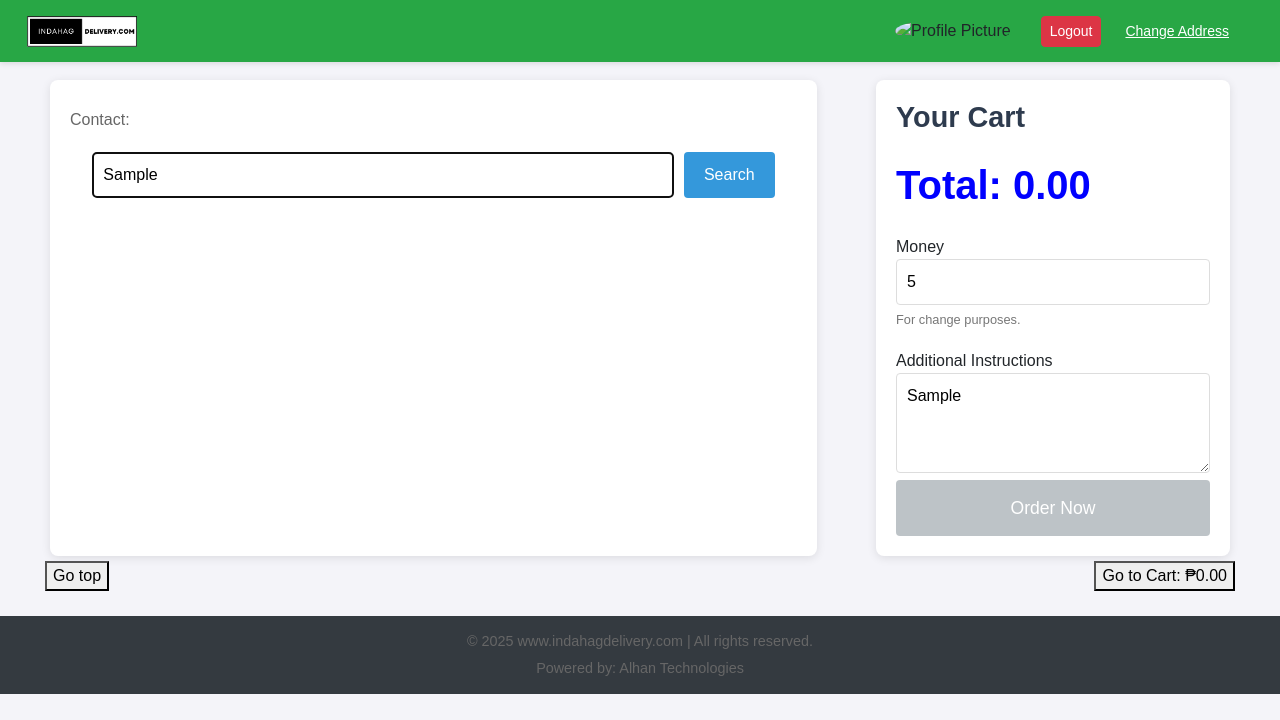
Repository: Jijiluzana225/indahagdelivery.com
Page: store/templates/store/store_products.html
These files come from the project's save history. The page is drawn as it stood at one moment and after the next save; the edit follows.
The browser window is 1280 px wide. The pictures show the whole page.
Empty fields were first filled with sample values (such as "Sample", 5 or name@example.com).
After loading, the first visible `.go-to-top > button` was clicked once.
The template is drawn by Django 5.2. The application's start-up code is not run. Other server files are loaded and not shown. The template is opened directly, without the code that normally fills it, so the values that code supplies are empty.

Above is the page before, as saved 2025-01-23 13:03:25.

### store/templates/store/store_products.html
{% extends 'store/base.html' %}

{% block title %}Order from {{ store.name }}{% endblock %}

{% block content %}

<style>
    /* General Styles */
    body {
        font-family: Arial, sans-serif;
        margin: 0;
        padding: 0;
        background-color: #f4f4f9;
    }

    h1, h2, h3 {
        color: #333;
        font-weight: 600;
    }

    p {
        font-size: 1rem;
        color: #666;
        margin-bottom: 0.5rem;
    }

    /* Container for left and right columns */
    .container {
        display: flex;
        justify-content: space-between;
        padding: 5px;
        max-width: 1200px;
        margin: 0 auto;
        flex-wrap: wrap;
    }

    /* Left column - product listing */
    .left-column {
        width: 65%;
        padding: 20px;
        background-color: #fff;
        box-shadow: 0 2px 10px rgba(0, 0, 0, 0.1);
        border-radius: 8px;
        overflow: hidden;
    }

    .left-column h1 {
        font-size: 2rem;
        color: #2e3b4e;
    }

    .left-column p {
        font-size: 1rem;
        margin-bottom: 20px;
    }

    .search-box {
        margin-bottom: 20px;
        display: flex;
        justify-content: center;
    }

    .search-box input {
        width: 80%;
        padding: 10px;
        font-size: 1rem;
        border-radius: 4px;
        border: 1px solid #ddd;
        margin-right: 10px;
    }

    .search-box button {
        background-color: #3498db;
        color: #fff;
        padding: 10px 20px;
        border: none;
        border-radius: 4px;
        cursor: pointer;
    }

    .search-box button:hover {
        background-color: #2980b9;
    }

    .products {
        display: grid;
        grid-template-columns: repeat(auto-fill, minmax(250px, 1fr));
        gap: 20px;
    }

    /* Individual Product Cards */
    .product-card {
        background-color: #fff;
        border: 1px solid #ddd;
        border-radius: 8px;
        padding: 15px;
        box-shadow: 0 2px 8px rgba(0, 0, 0, 0.1);
        text-align: center;
        transition: transform 0.3s ease, box-shadow 0.3s ease;
    }

    .product-card:hover {
        transform: scale(1.05);
        box-shadow: 0 4px 16px rgba(0, 0, 0, 0.2);
    }

    .product-card img {
        max-width: 100%;
        height: auto;
        border-radius: 8px;
    }

    .product-card h3 {
        font-size: 1.2rem;
        color: #2e3b4e;
        margin: 10px 0;
    }

    .product-card p {
        font-size: 0.9rem;
        color: #777;
    }

    .product-card .formatted-price {
        font-size: 1.1rem;
        color: #e74c3c;
        font-weight: bold;
    }

    .product-card button {
        background-color: #28a745;
        color: #fff;
        padding: 10px 20px;
        border: none;
        border-radius: 4px;
        cursor: pointer;
        font-size: 1rem;
        transition: background-color 0.3s ease;
    }

    .product-card button:hover {
        background-color: #218838;
    }

    /* Spacing Between Qty and Add to Cart button */
    .product-card label {
        display: block;
        margin-bottom: 5px;
        font-size: 0.9rem;
        color: #555;
    }

    .product-card input[type="number"] {
        width: 60px;
        padding: 5px;
        margin-bottom: 15px; /* Space between input and button */
        border-radius: 4px;
        border: 1px solid #ddd;
        text-align: center;
        font-size: 1rem;
    }

    /* Right Column - Cart */
    .right-column {
        width: 30%;
        padding: 20px;
        background-color: #fff;
        box-shadow: 0 2px 10px rgba(0, 0, 0, 0.1);
        border-radius: 8px;
        position: sticky;
        top: 20px;
    }

    .right-column h2 {
        font-size: 1.8rem;
        color: #2e3b4e;
        margin-bottom: 20px;
    }

    .cart-items {
        margin-bottom: 20px;
    }

    .cart-item {
        display: flex;
        justify-content: space-between;
        align-items: center;
        padding: 10px 0;
        border-bottom: 1px solid #ddd;
    }

    .cart-item p {
        font-size: 0.85rem; /* Smaller font size */
        color: #333;
    }

    .cart-item input {
        width: 50px;
        padding: 5px;
        border-radius: 4px;
        border: 1px solid #ddd;
        text-align: center;
    }

    .cart-item button {
        background-color: #e74c3c;
        color: #fff;
        border: none;
        padding: 5px 10px;
        border-radius: 4px;
        cursor: pointer;
    }

    .cart-item button:hover {
        background-color: #c0392b;
    }

    .cart-total {
        font-size: 0.9rem; /* Smaller font size */
        font-weight: bold;
        color: #333;
        margin-top: 20px;
    }

    .money-input {
        margin-top: 20px;
    }

    .money-input input {
        width: 100%;
        padding: 10px;
        border-radius: 4px;
        border: 1px solid #ddd;
    }

    .money-input small {
        font-size: 0.8rem;
        color: #777;
        display: block;
        margin-top: 5px;
    }

    .additional-instructions {
        margin-top: 20px;
    }

    .additional-instructions textarea {
        width: 100%;
        height: 100px;
        padding: 10px;
        border-radius: 4px;
        border: 1px solid #ddd;
        font-size: 1rem;
    }

    .order-button {
        background-color: #3498db;
        color: #fff;
        border: none;
        padding: 15px 20px;
        font-size: 1.1rem;
        border-radius: 4px;
        width: 100%;
        cursor: pointer;
        transition: background-color 0.3s ease;
    }

    .order-button:disabled {
        background-color: #bdc3c7;
        cursor: not-allowed;
    }

    .order-button:hover:not(:disabled) {
        background-color: #2980b9;
    }

    /* Responsive Design */
    /* Responsive Design */
@media (max-width: 768px) {
    .container {
        flex-direction: column;
        align-items: center;
    }

    .left-column, .right-column {
        width: 100%;
        margin-bottom: 20px;
    }

    .products {
        grid-template-columns: repeat(2, 1fr); /* Two columns on smaller screens */
        gap: 10px; /* Adjust spacing for smaller screens */
    }

    .store-header {
        display: flex;
        flex-direction: column;
        align-items: center;
        text-align: center;
        margin-bottom: 20px;
    }

    .store-header h1 {
        font-size: 2rem;
        color: #2e3b4e;
        margin-bottom: 10px;
    }

    .store-header p {
        font-size: 1rem;
        color: #666;
    }

    .product-card img {
        max-width: 80%;  /* Adjust this percentage to control the size */
        height: auto;
        border-radius: 8px;
    }

    .cart-items {
        font-size: 0.75rem; /* Smaller font size */
    }

    .cart-item p {
        font-size: 0.75rem; /* Smaller font size for cart item text */
    }


    /* Fixed Go to Cart Box */
    .go-to-cart-box {
        position: fixed;
        bottom: 20px;
        right: 20px;
        background-color: #3498db;
        color: #fff;
        padding: 15px 30px;
        border-radius: 8px;
        font-size: 1rem;
        cursor: pointer;
        box-shadow: 0 2px 10px rgba(0, 0, 0, 0.1);
        transition: background-color 0.3s ease;
    }

    /* Fixed Position Go to Cart Button */
.go-to-cart {
    position: fixed;
    bottom: 20px;
    right: 20px;
    background-color: #3498db;
    padding: 15px 25px;
    border-radius: 50px;
    color: white;
    font-size: 1rem;
    box-shadow: 0 5px 15px rgba(0, 0, 0, 0.2);
    cursor: pointer;
    z-index: 1000;
}

.go-to-cart button {
    background-color: transparent;
    border: none;
    color: white;
    font-size: 1rem;
    cursor: pointer;
}


.go-to-top {
    position: fixed;
    bottom: 20px;
    left: 20px;
    background-color: #3498db;
    padding: 15px 25px;
    border-radius: 50px;
    color: white;
    font-size: 1rem;
    box-shadow: 0 5px 15px rgba(0, 0, 0, 0.2);
    cursor: pointer;
    z-index: 1000;
}

.go-to-top button {
    background-color: transparent;
    border: none;
    color: white;
    font-size: 1rem;
    cursor: pointer;
}




}



</style>

<div class="container">
    <div class="left-column">
        <div class="store-header">
        <h1>{{ store.name }}</h1>
        <p>Contact: {{ store.contact_number }}</p>
        </div>
        <!-- Search Box -->
        <div class="search-box">
            <input type="text" id="searchBox" placeholder="Search for a product..." onkeyup="filterProducts()">
            <button>Search</button>
        </div>

        <div class="products" id="products-list">
            {% for item in items %}
            <div class="product-card" data-name="{{ item.product.name|lower }}">
                <img src="{{ item.product.picture.url }}" alt="{{ item.product.name }}">
                <h3>{{ item.product.name }}</h3>
                <p>{{ item.product.description }}</p>
                <p>Price: <span class="formatted-price">{{ item.product.price }}</span></p>
                <label for="quantity-{{ item.id }}">Qty:</label>
                <input type="number" id="quantity-{{ item.id }}" name="quantity" min="1" value="1">
                <button onclick="addToCart({{ item.id }}, '{{ item.product.name }}', {{ item.product.price }})">Add to Cart</button>
            </div>
            {% endfor %}
        </div>
    </div>

    <!-- Right column (cart) -->
    <div class="right-column">
        <h2>Your Cart</h2>
        <div class="cart-items" id="cart-items"></div>
        <div class="cart-total" id="cart-total" style="font-size:40px; color:blue";>Total: 0.00</div>

       <div class="money-input">
            <label for="money">Money</label>
            <input type="number" id="money" name="money" placeholder="Enter amount">
            <small>For change purposes.</small>
        </div>

        <!-- Additional Instructions Section -->
        <div class="additional-instructions">
            <label for="additional-instructions">Additional Instructions</label>
            <textarea id="additional-instructions" placeholder="Enter any additional instructions for your order"></textarea>
        </div>

        <!-- Order Now Button -->
        <button class="order-button" id="orderButton" onclick="proceedToCheckout()" disabled>Order Now</button>
    </div>
</div>

<div class="go-to-top">
    <button onclick="scrollToTop()">Go top</button>
</div>

<div class="go-to-cart">

    <button onclick="scrollToCart()">Go to Cart: <span id="go-to-cart-total">₱0.00</span></button>
</div>

<script>



    // Function to update the cart total on the button
    function updateGoToCartButton() {
        const total = calculateTotalPrice();
        const formattedTotal = new Intl.NumberFormat('en-PH', {
            style: 'currency',
            currency: 'PHP',
            minimumFractionDigits: 2,
            maximumFractionDigits: 2
        }).format(total);

        document.getElementById('go-to-cart-total').innerText = formattedTotal;
    }

    // Function to scroll to the right-column (cart)
    function scrollToCart() {
        const cartSection = document.querySelector('.right-column');
        cartSection.scrollIntoView({ behavior: 'smooth' });
    }

    function scrollToTop() {
        const searchBox = document.querySelector('#searchBox'); // Targeting the searchbox input
        searchBox.focus(); // Focus on the input box
        searchBox.scrollIntoView({ behavior: 'smooth' }); // Smoothly scroll to the input box
    }



    // Add this line inside your `addToCart()` function or any function that modifies the cart
   function renderCart() {
    const cartItemsContainer = document.getElementById('cart-items');
    const cartTotal = document.getElementById('cart-total');
    const orderButton = document.getElementById('orderButton');
    cartItemsContainer.innerHTML = '';
    let total = 0;

    // Loop through cart items and sum the total
    cart.forEach(item => {
        const itemTotal = item.price * item.quantity;
        total += itemTotal;

        cartItemsContainer.innerHTML += `
            <div class="cart-item">
                <p>${item.name}</p>
                <p>Price: ${formatPrice(item.price)}</p>
                <input type="number" min="1" value="${item.quantity}" onchange="updateCartItem(${item.id}, this.value)">
                <p>${formatPrice(itemTotal)}</p>
                <button onclick="deleteCartItem(${item.id})">×</button>
            </div>
        `;
    });

    // Add delivery fee to the total
    total += deliveryFee;

    // Update the total price display
    cartTotal.innerText = `Total: ${formatPrice(total)} (Including Delivery Fee: ${formatPrice(deliveryFee)})`;

    // Update "Go to Cart" button with new total
    updateGoToCartButton();

    // Enable the "Order Now" button only if the cart is not empty
    orderButton.disabled = cart.length === 0;
}


    function calculateTotalPrice() {
        return cart.reduce((total, item) => total + item.price * item.quantity, 0);
    }
</script>

<script>
    let cart = [];
    let deliveryFee = 50.00;  // Fixed delivery fee


    function formatPrice(price) {
        return new Intl.NumberFormat('en-US', { minimumFractionDigits: 2, maximumFractionDigits: 2 }).format(price);
    }

    function addToCart(itemId, itemName, itemPrice) {
        const quantity = parseInt(document.getElementById(`quantity-${itemId}`).value);
        const existingItem = cart.find(item => item.id === itemId);

        if (existingItem) {
            existingItem.quantity += quantity;
        } else {
            cart.push({ id: itemId, name: itemName, price: itemPrice, quantity: quantity });
        }

        renderCart();
    }

    function updateCartItem(itemId, newQuantity) {
        const item = cart.find(item => item.id === itemId);
        if (item) {
            item.quantity = newQuantity;
            renderCart();
        }
    }

    function deleteCartItem(itemId) {
        cart = cart.filter(item => item.id !== itemId);
        renderCart();
    }

    function renderCart() {
    const cartItemsContainer = document.getElementById('cart-items');
    const cartTotal = document.getElementById('cart-total');
    const orderButton = document.getElementById('orderButton');
    cartItemsContainer.innerHTML = '';
    let total = 0;

    // Loop through cart items and sum the total
    cart.forEach(item => {
        const itemTotal = item.price * item.quantity;
        total += itemTotal;

        cartItemsContainer.innerHTML += `
            <div class="cart-item">
                <p>${item.name}</p>
                <p>Price: ${formatPrice(item.price)}</p>
                <input type="number" min="1" value="${item.quantity}" onchange="updateCartItem(${item.id}, this.value)">
                <p>${formatPrice(itemTotal)}</p>
                <button onclick="deleteCartItem(${item.id})">×</button>
            </div>
        `;
    });

    // Add delivery fee to the total
    total += deliveryFee;

    // Update the total price display
    cartTotal.innerText = `Total: ${formatPrice(total)} (Including Delivery Fee: ${formatPrice(deliveryFee)})`;

    // Update "Go to Cart" button with new total
    updateGoToCartButton();

    // Enable the "Order Now" button only if the cart is not empty
    orderButton.disabled = cart.length === 0;
}

    function calculateTotalPrice() {
        return cart.reduce((total, item) => total + item.price * item.quantity, 0);
    }

    function proceedToCheckout() {
        const storeId = '{{ store.id }}';  // Assuming store.id is available
        const totalPrice = calculateTotalPrice();  // Total price from cart
        const cartItems = cart.map(item => `${item.name},${item.price},${item.quantity}`).join("|");

        const money = document.getElementById('money').value;
        const instructions = document.getElementById('additional-instructions').value;

        // Make the POST request
        fetch('/checkout/', {
            method: 'POST',
            headers: {
                'Content-Type': 'application/x-www-form-urlencoded',
                'X-CSRFToken': '{{ csrf_token }}'  // CSRF token
            },
            body: `store_id=${storeId}&total_price=${totalPrice}&cart_items=${cartItems}&money=${money}&instructions=${instructions}`
        })
        .then(response => response.json())
        .then(data => {
            if (data.success) {
                alert('Order placed successfully!');
                window.location.href = '/dashboard';
            } else {
                alert('There was an error placing your order.');
            }
        })
        .catch(error => console.error('Error:', error));
    }



    function filterProducts() {
        const searchTerm = document.getElementById("searchBox").value.toLowerCase();
        const productCards = document.querySelectorAll(".product-card");

        productCards.forEach(card => {
            const productName = card.getAttribute("data-name");
            if (productName.includes(searchTerm)) {
                card.style.display = "block";
            } else {
                card.style.display = "none";
            }
        });
    }

    function addToCart(itemId, itemName, itemPrice) {
        const quantity = parseInt(document.getElementById(`quantity-${itemId}`).value);
        const existingItem = cart.find(item => item.id === itemId);

        if (existingItem) {
            existingItem.quantity += quantity;
        } else {
            cart.push({ id: itemId, name: itemName, price: itemPrice, quantity: quantity });
        }

        renderCart();

        // Format itemPrice and total price to Philippine Pesos
        const formattedPrice = new Intl.NumberFormat('en-PH', {
            style: 'currency',
            currency: 'PHP',
            minimumFractionDigits: 2,
            maximumFractionDigits: 2
        }).format(itemPrice);

        const cartTotal = document.getElementById('cart-total').innerText;

        // Pop-up message with quantity, product name, formatted price, and cart total
        alert(`${quantity} ${itemName}(s) at ${formattedPrice}\n\nAdded to Cart\n\n${cartTotal}\n\n\nPlease review your CART at the bottom.`);
    }


    function updateOrderStatus(orderId, status) {
        fetch(`/update_order_status/${orderId}/`, {
            method: 'POST',
            headers: {
                'Content-Type': 'application/json',
                'X-CSRFToken': '{{ csrf_token }}'
            },
            body: JSON.stringify({ status: status })
        })
        .then(response => response.json())
        .then(data => {
            if (data.success) {
                alert('Order status updated');
            } else {
                alert('Failed to update status');
            }
        });
    }

    function updateGoToCartButton() {
        const total = calculateTotalPrice(); // Get the updated total of the cart
        const formattedTotal = new Intl.NumberFormat('en-PH', {
            style: 'currency',
            currency: 'PHP',
            minimumFractionDigits: 2,
            maximumFractionDigits: 2
        }).format(total); // Format the total as PHP currency

        document.getElementById('go-to-cart-total').innerText = formattedTotal; // Update the button's total display
    }



    // Function to calculate the total price of the cart
    function calculateTotalPrice() {
        return cart.reduce((total, item) => total + item.price * item.quantity, 0); // Sum of item prices * quantities
    }

    // Function to render the updated cart (including updating the "Go to Cart" button)
    function renderCart() {
        const cartItemsContainer = document.getElementById('cart-items');
        const cartTotal = document.getElementById('cart-total');
        const orderButton = document.getElementById('orderButton');
        cartItemsContainer.innerHTML = '';
        let total = 0;

        // Loop through the cart and display each item
        cart.forEach(item => {
            const itemTotal = item.price * item.quantity;
            total += itemTotal;

            cartItemsContainer.innerHTML += `
                <div class="cart-item">
                    <p>${item.name}</p>
                    <p>Price: ${formatPrice(item.price)}</p>
                    <input type="number" min="1" value="${item.quantity}" onchange="updateCartItem(${item.id}, this.value)">
                    <p>${formatPrice(itemTotal)}</p>
                    <button onclick="deleteCartItem(${item.id})">×</button>
                </div>
            `;
        });

        cartTotal.innerText = `Total: ${formatPrice(total)}`; // Update cart total display
        updateGoToCartButton(); // Update the "Go to Cart" button with the new total

        // Enable the "Order Now" button only if the cart is not empty
        orderButton.disabled = cart.length === 0;
    }

    // Function to format price as Philippine Pesos
    function formatPrice(price) {
        return new Intl.NumberFormat('en-PH', { minimumFractionDigits: 2, maximumFractionDigits: 2 }).format(price);
    }




</script>

{% endblock %}

Loaded but not shown: store/templates/store/base.html (146 lines, source omitted)

After the next save:
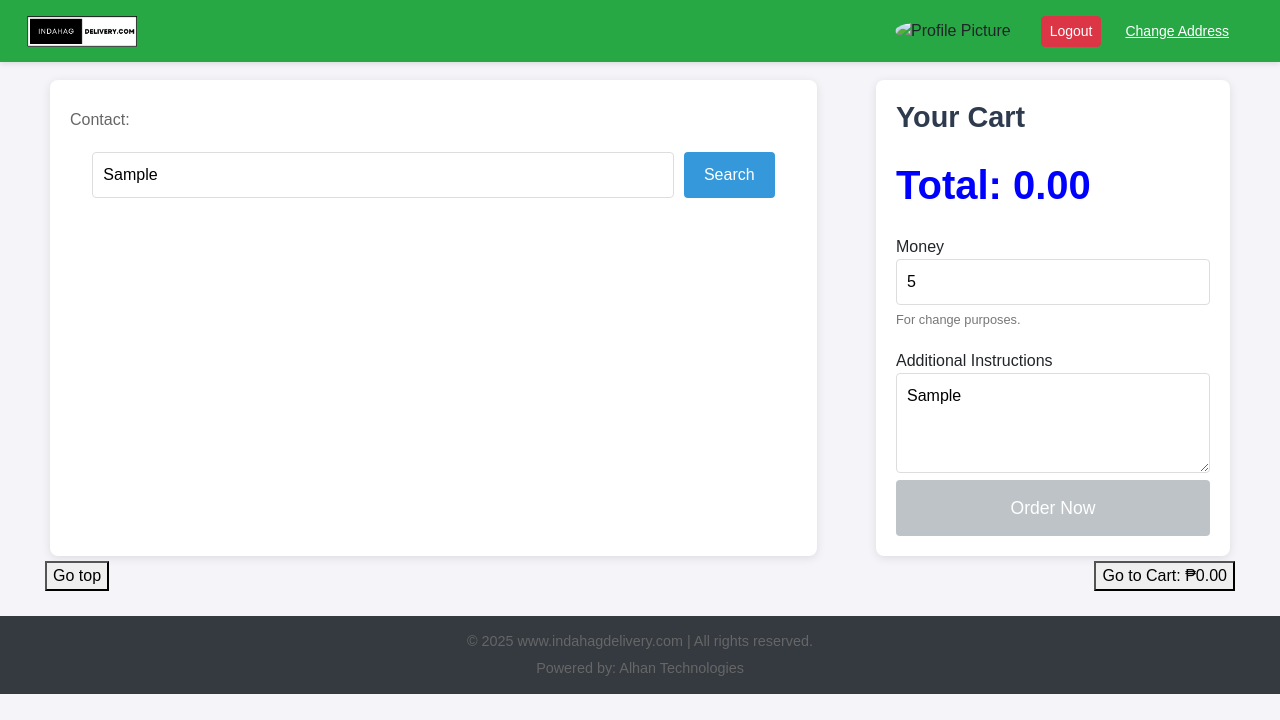
Saved 55 s later.
--- a/store/templates/store/store_products.html
+++ b/store/templates/store/store_products.html
@@ -479,11 +479,9 @@
     }
 
     function scrollToTop() {
-        const searchBox = document.querySelector('#searchBox'); // Targeting the searchbox input
-        searchBox.focus(); // Focus on the input box
-        searchBox.scrollIntoView({ behavior: 'smooth' }); // Smoothly scroll to the input box
-    }
-
+        const leftColumn = document.querySelector('.left-column'); // Targeting the left column
+        leftColumn.scrollIntoView({ behavior: 'smooth' });
+    }
 
 
     // Add this line inside your `addToCart()` function or any function that modifies the cart
